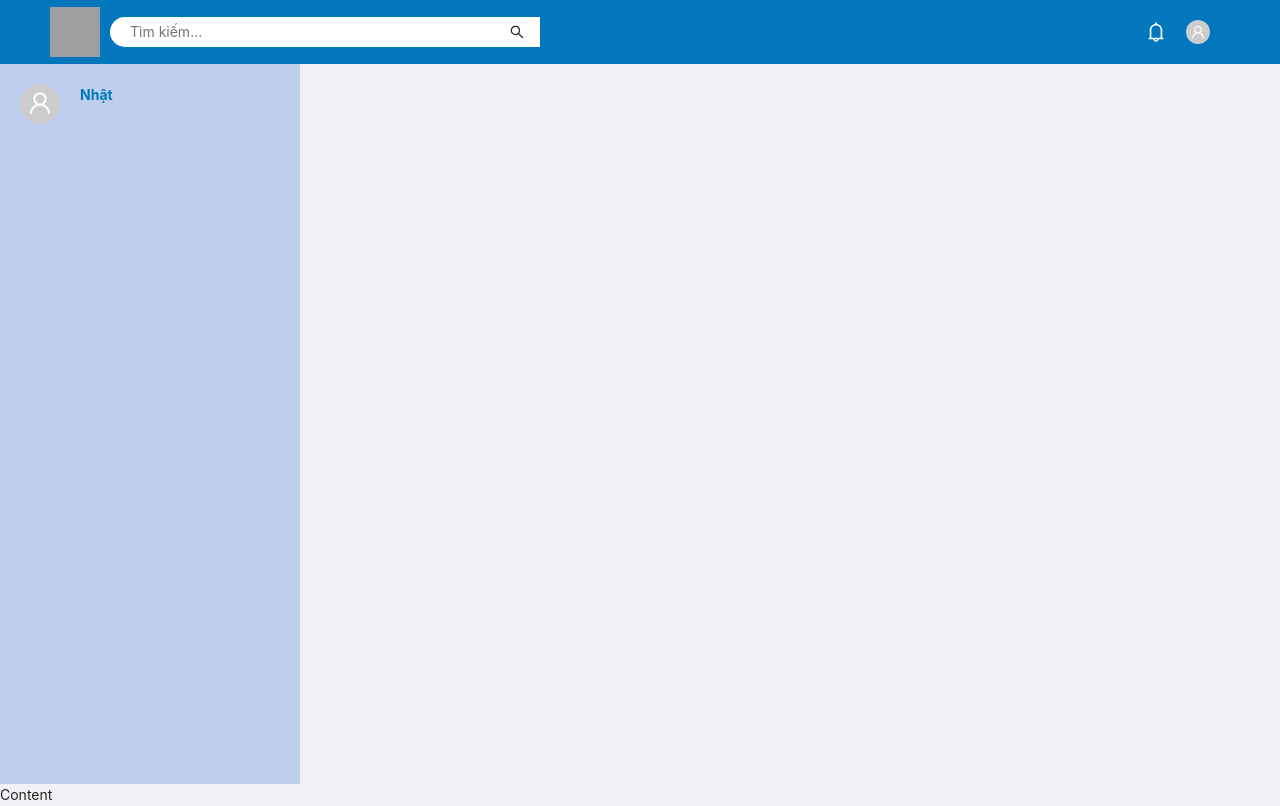
Repository: baonhat27/SocialNetwork_FE
Page: /home
An editor plug-in stored every save of this project. The page is shown before and after the next save, followed by the edit.
The browser window is 1280 px wide. The pictures show the whole page.
Pictures or frames that could not be fetched are drawn as grey boxes. The project was rebuilt for these pictures with package versions that can differ from the ones it lists, and the page was loaded fresh each time. Also part of the build but not shown: src/containers/home/component/HomeComponent.module.css, src/containers/loginPage/component/LoginPageComponent.module.css, src/components/Input/Input.module.css, src/components/Input/Input.js, src/components/Button/Button.module.css, src/components/Button/Button.js, src/containers/loginPage/component/LoginPageComponent.js, src/containers/loginPage/LoginPageContainer.js.

Above is the page before, as saved 2022-03-09 21:22:13.

After the next save:
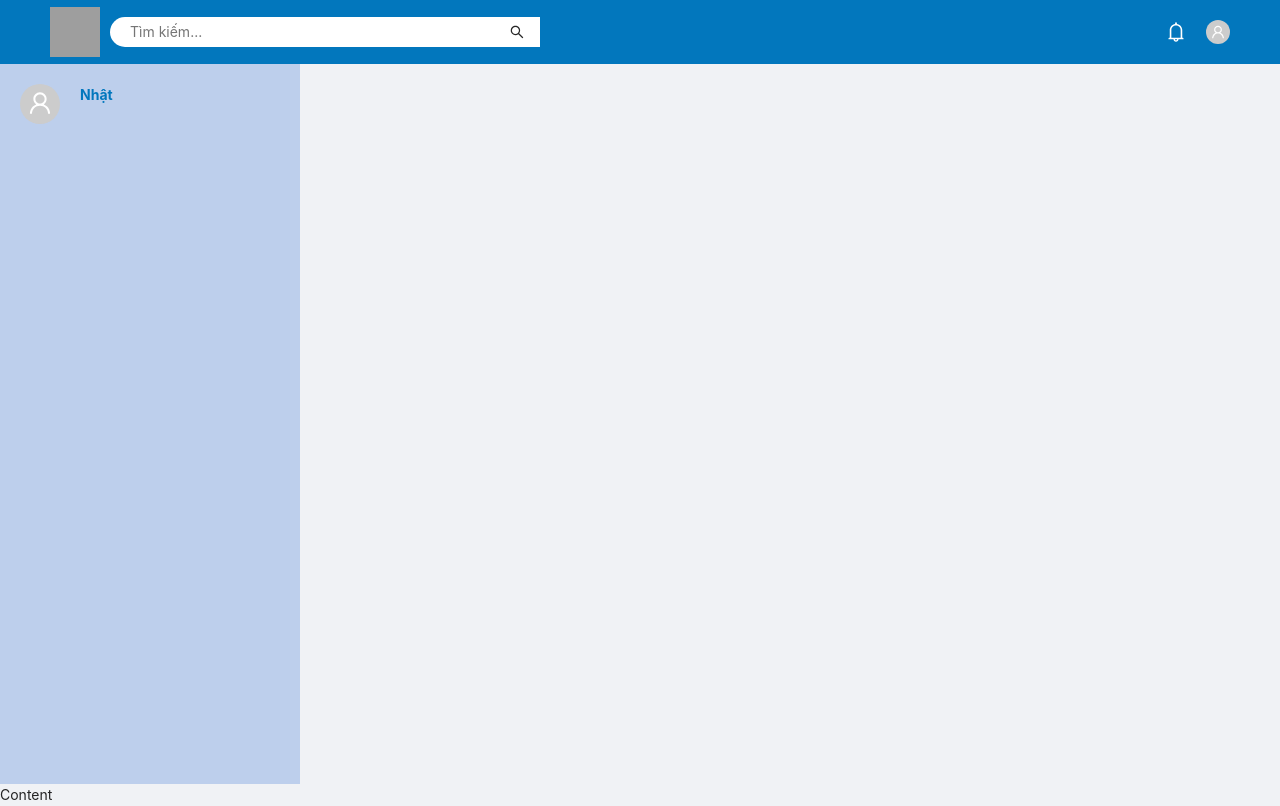
Saved 43 s later.
--- a/src/containers/header/component/HeaderComponent.js
+++ b/src/containers/header/component/HeaderComponent.js
@@ -22,7 +22,7 @@ const HeaderComponent = () => {
                 <BellOutlined
                     style={{fontSize: '20px', color:'white'}}
                 />
-                <Avatar size="small" icon={<UserOutlined />} style={{marginLeft: 20,marginRight: 20}} />
+                <Avatar size="small" icon={<UserOutlined />} style={{marginLeft: 20,marginRight: 0}} />
             </div>
         </Header>
     );
